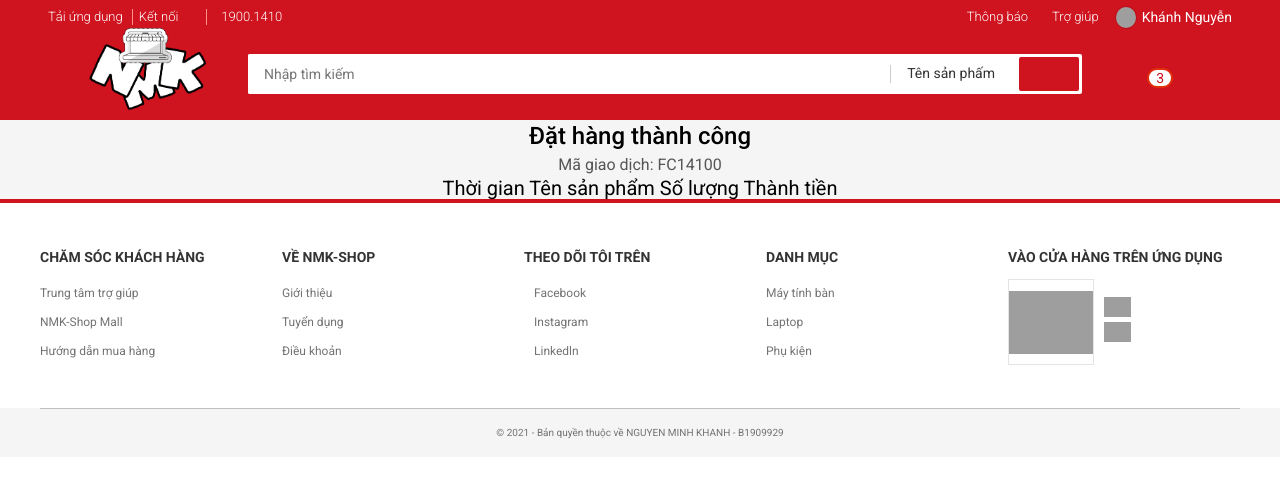
Repository: NguyenMinhKhanhB1909929/NMK-Shop
Page: orderedSuccess.html
These files come from the project's save history. The page is drawn as it stood at one moment and after the next save; the edit follows.
The browser window is 1280 px wide. The pictures show the whole page.
Pictures or frames that could not be fetched are drawn as grey boxes. Some icons come from a web library that is not loaded, so they are not drawn.

Above is the page before, as saved 2021-12-04 16:04:14.
Console error: TypeError: Cannot set properties of null (setting 'onclick')

After the next save:
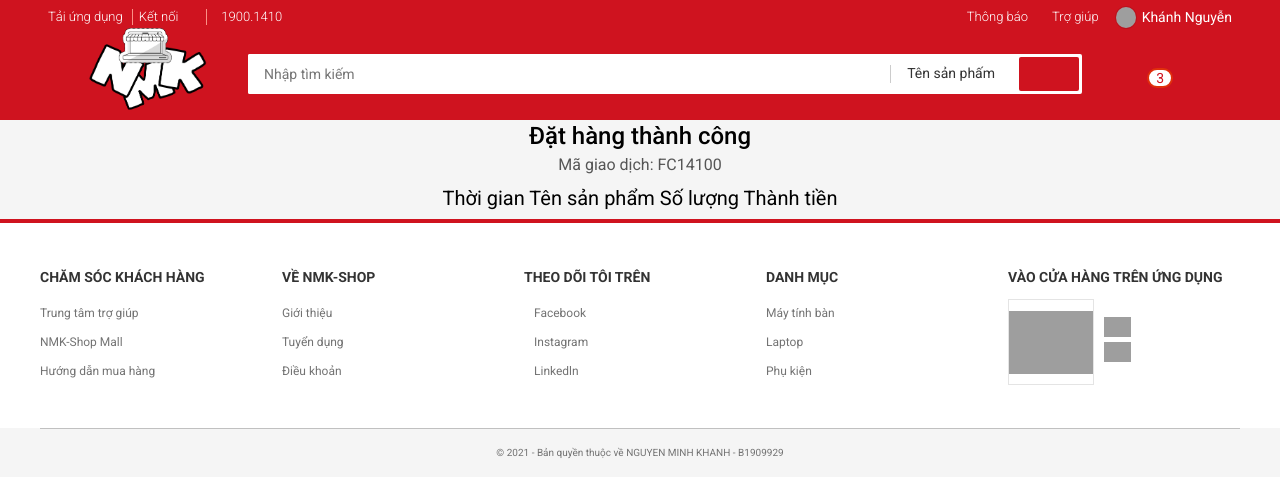
Saved 19 s later.
--- a/assets/css/orderSuccess.css
+++ b/assets/css/orderSuccess.css
@@ -27,7 +27,7 @@
 .ordered__success-table-title {
   font-size: 2rem;
   line-height: 2rem;
-  display: block;
+  padding: 10px 20px;
 }
 .ordered__success-table-title-time {
 }
